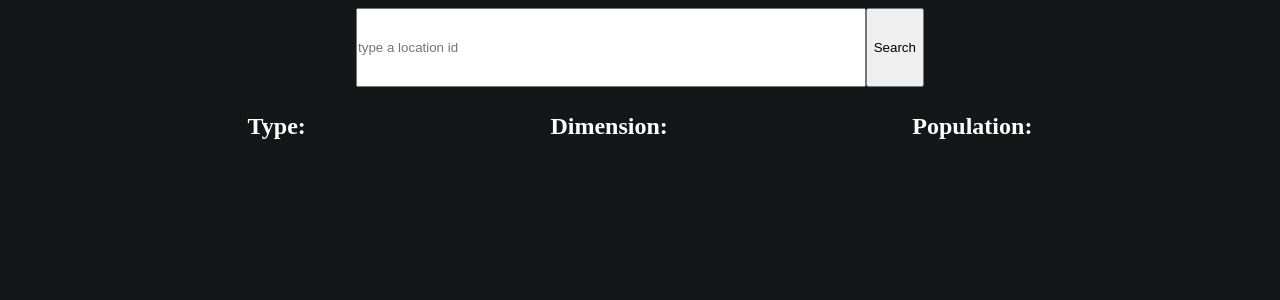
Repository: RobertAries28/ApiRickyMortin
Page: /
An editor plug-in stored every save of this project. The page is shown before and after the next save, followed by the edit.
The browser window is 1280 px wide. The pictures show the whole page.
The page's requests for data from a server got no answer. The project was rebuilt for these pictures with package versions that can differ from the ones it lists, and the page was loaded fresh each time. No one was signed in, and anything a server would have sent is missing. Also part of the build but not shown: src/ResidentInfo.js.

Above is the page before, as saved 2022-04-29 09:51:21.

After the next save:
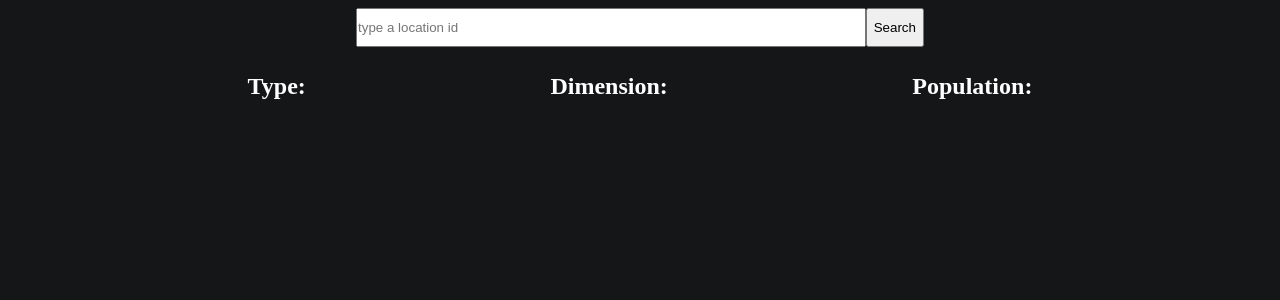
Saved 7 s later.
--- a/src/index.css
+++ b/src/index.css
@@ -76,5 +76,5 @@ body{
 
 .searchBox input{
   width: 40%;
-  padding: 30px 0;
+  padding: 10px 0;
 }
